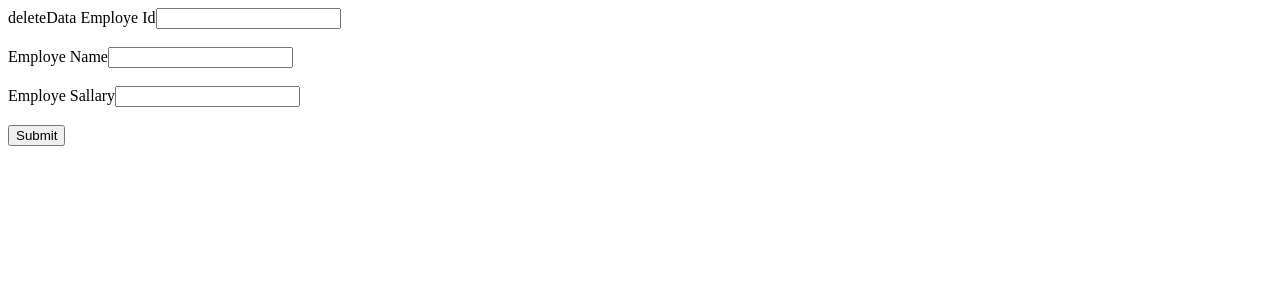
Repository: nitesh0402/spring-mvc-project
Page: http://localhost/SpringCrud/
An editor plug-in stored every save of this project. The page is shown before and after the next save, followed by the edit.
The browser window is 1280 px wide. The pictures show the whole page.
The page is served by Tomcat 9. Other server files are loaded and not shown.

Above is the page before, as saved 2022-06-18 13:05:30.

### new-nitesh-workspace/SpringCrud/src/main/webapp/index.jsp
<%@ page language="java" contentType="text/html; charset=ISO-8859-1"
    pageEncoding="ISO-8859-1"%>
<!DOCTYPE html>
<html>
<head>
<meta charset="ISO-8859-1">
<title>Insert title here</title>
</head>
<body>
<!--  <a href="si">call SiForm</a><br><br>  -->


<!-- <form action="stuDetail">
RollNumber<input type="number" name="rollNum" id="rollNum"><br><br>
Student Name<input type="text" name="name" id="name"><br><br>
<input type="submit">
</form>  -->

  <form action="DeleteempRecord">   deleteData
Employe Id<input type="number" name="empId" id="empId"><br><br>
Employe Name<input type="text" name="empName" id="empName"><br><br>
Employe Sallary<input type="number" name="empSall" id="empSall"><br><br>
<input type="submit">
</form>



<!--  <form action="Insert">
Employe Id<input type="number" name="empId" id="empId"><br><br>
Employe Name<input type="text" name="empName" id="empName"><br><br>

Employe Sallary<input type="number" name="empSall" id="empSall"><br><br>
<input type="submit">
</form>
  -->

</body>
</html>

After the next save:
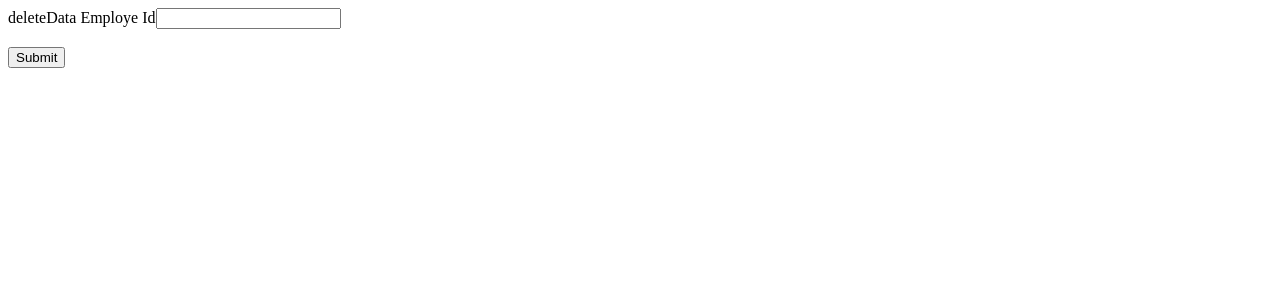
Saved 111 s later.
--- a/new-nitesh-workspace/SpringCrud/src/main/webapp/index.jsp
+++ b/new-nitesh-workspace/SpringCrud/src/main/webapp/index.jsp
@@ -18,8 +18,8 @@
 
   <form action="DeleteempRecord">   deleteData
 Employe Id<input type="number" name="empId" id="empId"><br><br>
-Employe Name<input type="text" name="empName" id="empName"><br><br>
-Employe Sallary<input type="number" name="empSall" id="empSall"><br><br>
+<!-- Employe Name<input type="text" name="empName" id="empName"><br><br>
+Employe Sallary<input type="number" name="empSall" id="empSall"><br><br> -->
 <input type="submit">
 </form>
 
